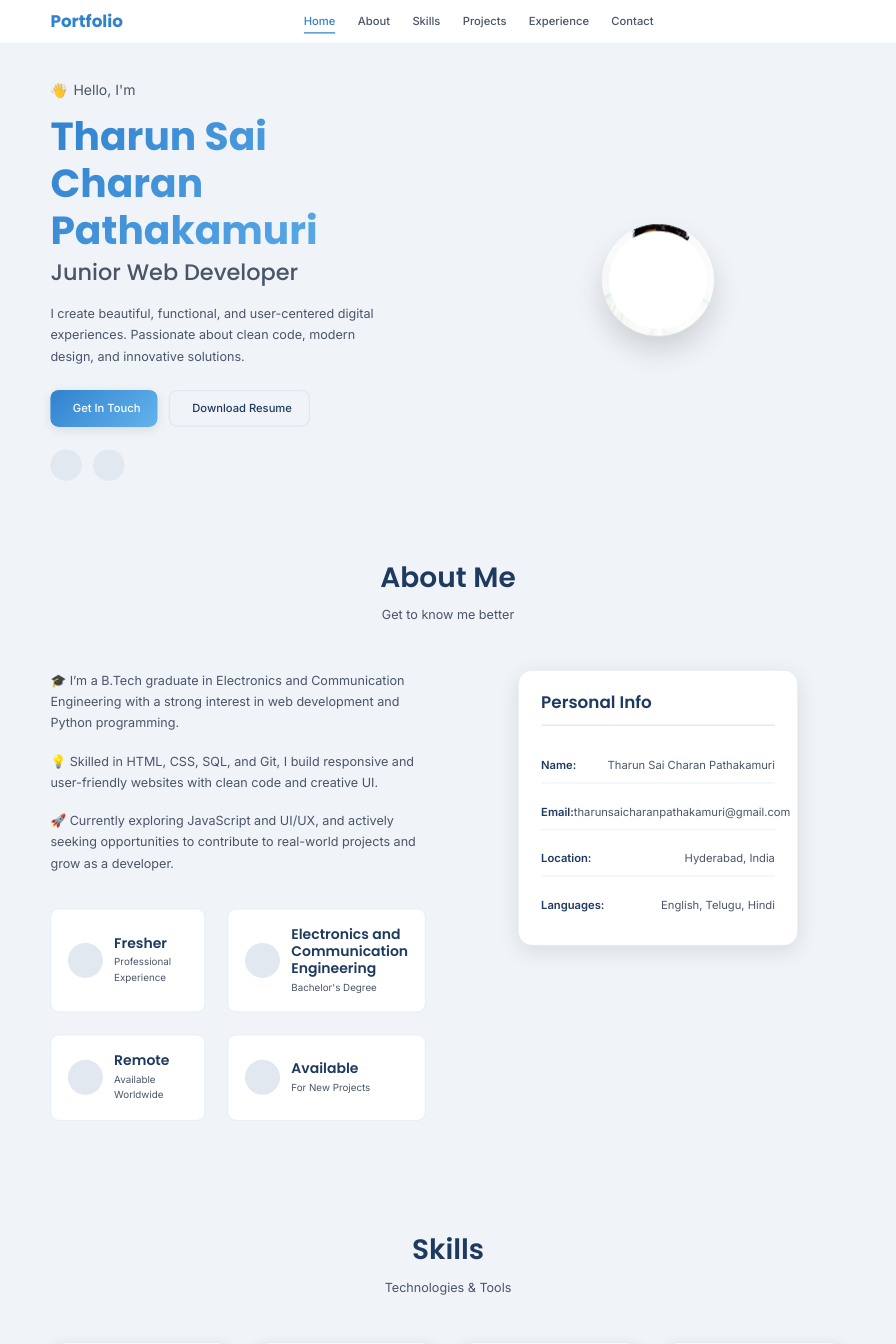
Repository: TharunPathakamuri/Portfolio
Page: index.html
An editor plug-in stored every save of this project. The page is shown before and after the next save, followed by the edit.
The browser window is 1280 px wide. The pictures show the part of the page from y = 0 to 1920 px (the page is 4416 px tall), at 70% of full size.

Above is the page before, as saved 2025-07-04 23:47:52.

### index.html
<!DOCTYPE html>
<html lang="en">
  <head>
    <meta charset="UTF-8" />
    <meta name="viewport" content="width=device-width, initial-scale=1.0" />
    <title>Tharun Pathakamuri - Portfolio</title>
    <meta
      name="description"
      content="Personal Portfolio - Modern Web Developer"
    />

    <!-- Google Fonts -->
    <link rel="preconnect" href="https://fonts.googleapis.com" />
    <link rel="preconnect" href="https://fonts.gstatic.com" crossorigin />
    <link
      href="https://fonts.googleapis.com/css2?family=Inter:wght@300;400;500;600;700&family=Poppins:wght@300;400;500;600;700&display=swap"
      rel="stylesheet"
    />

    <!-- Lucide Icons -->
    <link
      rel="stylesheet"
      href="https://cdn.jsdelivr.net/npm/lucide-static@0.292.0/font/lucide.css"
    />

    <!-- Custom CSS -->
    <link rel="stylesheet" href="styles.css" />
    <link rel="shortcut icon" href="favicon.ico" type="image/x-icon" />
  </head>
  <body>
    <!-- Navigation -->
    <nav class="navbar" id="navbar">
      <div class="container">
        <div class="nav-content">
          <div class="nav-logo">
            <h3>Portfolio</h3>
          </div>

          <ul class="nav-menu" id="nav-menu">
            <li><a href="#home" class="nav-link">Home</a></li>
            <li><a href="#about" class="nav-link">About</a></li>
            <li><a href="#skills" class="nav-link">Skills</a></li>
            <li><a href="#projects" class="nav-link">Projects</a></li>
            <li><a href="#experience" class="nav-link">Experience</a></li>
            <li><a href="#contact" class="nav-link">Contact</a></li>
          </ul>

          <div class="nav-actions">
            <button
              class="theme-toggle"
              id="theme-toggle"
              aria-label="Toggle dark mode"
            >
              <i class="lucide lucide-moon"></i>
            </button>

            <button
              class="mobile-menu-toggle"
              id="mobile-menu-toggle"
              aria-label="Toggle mobile menu"
            >
              <i class="lucide lucide-menu"></i>
            </button>
          </div>
        </div>
      </div>
    </nav>

    <!-- Hero Section -->
    <section id="home" class="hero">
      <div class="container">
        <div class="hero-content">
          <div class="hero-text">
            <div class="hero-greeting">
              <span class="wave">👋</span> Hello, I'm
            </div>

            <h1 class="hero-title">
              <span class="name">Tharun Sai Charan Pathakamuri</span>
              <span class="title">Junior Web Developer</span>
            </h1>

            <p class="hero-description">
              I create beautiful, functional, and user-centered digital
              experiences. Passionate about clean code, modern design, and
              innovative solutions.
            </p>

            <div class="hero-actions">
              <button
                class="btn btn-primary"
                onclick="scrollToSection('contact')"
              >
                <i class="lucide lucide-mail"></i>
                Get In Touch
              </button>

              <a
                href="THARUN_PATHAKAMUR_RESUME.pdf"
                class="btn btn-secondary"
                download
              >
                <i class="lucide lucide-download"></i>
                Download Resume
              </a>
            </div>

            <div class="hero-social">
              <a
                href="https://github.com/TharunPathakamuri"
                target="_blank"
                rel="noopener noreferrer"
                class="social-link"
              >
                <i class="lucide lucide-github"></i>
              </a>
              <a
                href="https://www.linkedin.com/in/tharun-pathakamuri/"
                target="_blank"
                rel="noopener noreferrer"
                class="social-link"
              >
                <i class="lucide lucide-linkedin"></i>
              </a>
            </div>
          </div>

          <div class="hero-visual">
            <div class="hero-image">
              <div class="image-placeholder" style=" border-radius: 50%; width: 160px; height: 160px; background: #f3f3f3; display: flex; align-items: center; justify-content: center;">
                <img src="Tharun_Pathakamuri.jpg" alt="Tharun Pathakamuri" style="width: 100%; height: 100%; object-fit: cover; border-radius: 50%;" />
              </div>
            </div>
          </div>
        </div>
      </div>
    </section>

    <!-- About Section -->
    <section id="about" class="about section">
      <div class="container">
        <div class="section-header">
          <h2 class="section-title">About Me</h2>
          <p class="section-subtitle">Get to know me better</p>
        </div>

        <div class="about-content">
          <div class="about-text">
            <div class="about-description">
              <p>
                🎓 I’m a B.Tech graduate in Electronics and Communication
                Engineering with a strong interest in web development and Python
                programming.
              </p>

              <p>
                💡 Skilled in HTML, CSS, SQL, and Git, I build
                responsive and user-friendly websites with clean code and
                creative UI.
              </p>

              <p>
               🚀 Currently exploring JavaScript and UI/UX, and
                actively seeking opportunities to contribute to real-world
                projects and grow as a developer.
              </p>
            </div>

            <div class="about-highlights">
              <div class="highlight-item">
                <div class="highlight-icon">
                  <i class="lucide lucide-briefcase"></i>
                </div>
                <div class="highlight-content">
                  <h4 class="highlight-title">Fresher</h4>
                  <p class="highlight-description">Professional Experience</p>
                </div>
              </div>

              <div class="highlight-item">
                <div class="highlight-icon">
                  <i class="lucide lucide-graduation-cap"></i>
                </div>
                <div class="highlight-content">
                  <h4 class="highlight-title">Electronics and Communication
                Engineering</h4>
                  <p class="highlight-description">Bachelor's Degree</p>
                </div>
              </div>

              <div class="highlight-item">
                <div class="highlight-icon">
                  <i class="lucide lucide-map-pin"></i>
                </div>
                <div class="highlight-content">
                  <h4 class="highlight-title">Remote</h4>
                  <p class="highlight-description">Available Worldwide</p>
                </div>
              </div>

              <div class="highlight-item">
                <div class="highlight-icon">
                  <i class="lucide lucide-calendar"></i>
                </div>
                <div class="highlight-content">
                  <h4 class="highlight-title">Available</h4>
                  <p class="highlight-description">For New Projects</p>
                </div>
              </div>
            </div>
          </div>

          <div class="about-visual">
            <div class="about-card">
              <div class="card-header">
                <h3>Personal Info</h3>
              </div>

              <div class="info-list">
                <div class="info-item">
                  <span class="info-label">Name:</span>
                  <span class="info-value">Tharun Sai Charan Pathakamuri</span>
                </div>

                <div class="info-item">
                  <span class="info-label">Email:</span>
                  <span class="info-value">tharunsaicharanpathakamuri@gmail.com</span>
                </div>

                <div class="info-item">
                  <span class="info-label">Location:</span>
                  <span class="info-value">Hyderabad, India</span>
                </div>

                <div class="info-item">
                  <span class="info-label">Languages:</span>
                  <span class="info-value">English, Telugu, Hindi</span>
                </div>
              </div>
            </div>
          </div>
        </div>
      </div>
    </section>

    <!-- Skills Section -->
    <section id="skills" class="skills section">
      <div class="container">
        <div class="section-header">
          <h2 class="section-title">Skills</h2>
          <p class="section-subtitle">Technologies & Tools</p>
        </div>

        <div class="skills-grid">
          <div class="skill-card">
            <div class="skill-icon">
              <i class="lucide lucide-code"></i>
            </div>
            <div class="skill-name">HTML5</div>
          </div>

          <div class="skill-card">
            <div class="skill-icon">
              <i class="lucide lucide-palette"></i>
            </div>
            <div class="skill-name">CSS3</div>
          </div>

          <div class="skill-card">
            <div class="skill-icon">
              <i class="lucide lucide-file-code"></i>
            </div>
            <div class="skill-name">JavaScript</div>
          </div>

          <div class="skill-card">
            <div class="skill-icon">
              <i class="lucide lucide-zap"></i>
            </div>
            <div class="skill-name">React</div>
          </div>


          <div class="skill-card">
            <div class="skill-icon">
              <i class="lucide lucide-database"></i>
            </div>
            <div class="skill-name">SQL</div>
          </div>

          <div class="skill-card">
            <div class="skill-icon">
              <i class="lucide lucide-git-branch"></i>
            </div>
            <div class="skill-name">Git</div>
          </div>
          </div>
          </div>
    </section>

    <!-- Projects Section -->
    <section id="projects" class="projects section">
      <div class="container">
        <div class="section-header">
          <h2 class="section-title">Projects</h2>
          <p class="section-subtitle">Selected Work</p>
        </div>

        <div class="projects-grid">
          <div class="project-card">
            <div class="project-image">
              <img src="https://images.unsplash.com/photo-1461749280684-dccba630e2f6?auto=format&fit=crop&w=400&q=80" alt="Modern Portfolio - Professional workspace with laptop" style="object-fit:cover;width:100%;height:220px;border-radius:12px;" />
            </div>
            <div class="project-content">
              <h3 class="project-title">Modern Portfolio</h3>
              <p class="project-description">
                A sleek, responsive portfolio website built with React and
                modern CSS.
              </p>
              <div class="project-tech">
                <span class="tech-icon"><i class="lucide lucide-zap"></i></span>
                <span class="tech-icon"
                  ><i class="lucide lucide-image"></i
                ></span>
              </div>
              <div class="project-links">
                <a
                  href="https://github.com"
                  target="_blank"
                  rel="noopener noreferrer"
                  class="project-link"
                >
                  <i class="lucide lucide-github"></i>
                </a>
                <a
                  href="#"
                  target="_blank"
                  rel="noopener noreferrer"
                  class="project-link"
                >
                  <i class="lucide lucide-external-link"></i>
                </a>
              </div>
            </div>
          </div>

          <div class="project-card">
            <div class="project-image">
              <img src="https://images.unsplash.com/photo-1519389950473-47ba0277781c?auto=format&fit=crop&w=400&q=80" alt="Task Manager App - Organized desk with productivity tools" style="object-fit:cover;width:100%;height:220px;border-radius:12px;" />
            </div>
            <div class="project-content">
              <h3 class="project-title">Task Manager App</h3>
              <p class="project-description">
                A productivity app for managing daily tasks, with real-time
                sync.
              </p>
              <div class="project-tech">
                <span class="tech-icon"><i class="lucide lucide-zap"></i></span>
                <span class="tech-icon"
                  ><i class="lucide lucide-server"></i
                ></span>
                <span class="tech-icon"
                  ><i class="lucide lucide-database"></i
                ></span>
              </div>
              <div class="project-links">
                <a
                  href="https://github.com"
                  target="_blank"
                  rel="noopener noreferrer"
                  class="project-link"
                >
                  <i class="lucide lucide-github"></i>
                </a>
                <a
                  href="#"
                  target="_blank"
                  rel="noopener noreferrer"
                  class="project-link"
                >
                  <i class="lucide lucide-external-link"></i>
                </a>
              </div>
            </div>
          </div>

          <div class="project-card">
            <div class="project-image">
              <img src="https://images.unsplash.com/photo-1506744038136-46273834b3fb?auto=format&fit=crop&w=400&q=80" alt="Design System - UI design sketches and color swatches" style="object-fit:cover;width:100%;height:220px;border-radius:12px;" />
            </div>
            <div class="project-content">
              <h3 class="project-title">Design System</h3>
              <p class="project-description">
                Reusable UI components and design tokens for rapid prototyping.
              </p>
              <div class="project-tech">
                <span class="tech-icon"
                  ><i class="lucide lucide-image"></i
                ></span>
                <span class="tech-icon"><i class="lucide lucide-zap"></i></span>
              </div>
              <div class="project-links">
                <a
                  href="https://github.com"
                  target="_blank"
                  rel="noopener noreferrer"
                  class="project-link"
                >
                  <i class="lucide lucide-github"></i>
                </a>
                <a
                  href="#"
                  target="_blank"
                  rel="noopener noreferrer"
                  class="project-link"
                >
                  <i class="lucide lucide-external-link"></i>
                </a>
              </div>
            </div>
          </div>
        </div>
      </div>
    </section>

    <!-- Soft Skills Section -->
    <section id="softskills" class="softskills section">
      <div class="container">
        <div class="section-header">
          <h2 class="section-title">Soft Skills</h2>
          <p class="section-subtitle">Personal & Professional Qualities</p>
        </div>
        <div class="softskills-grid" style="display: flex; flex-wrap: wrap; justify-content: center; gap: 2rem; margin-top: 2rem;">
          <div class="softskill-card" style="flex: 1 1 220px; max-width: 260px; min-width: 200px; background: #fff; border-radius: 12px; box-shadow: 0 2px 8px rgba(0,0,0,0.06); padding: 2rem 1.2rem; text-align: center; display: flex; flex-direction: column; align-items: center;">
            <div class="softskill-icon" style="font-size:2.2rem; color:#6c63ff; margin-bottom:0.7rem;"><i class="lucide lucide-lightbulb"></i></div>
            <div class="softskill-name" style="font-weight:600; font-size:1.1rem; margin-bottom:0.4rem;">Problem Solving</div>
            <div class="softskill-desc" style="font-size:0.98rem; color:#555;">Approaches challenges with creativity and analytical thinking.</div>
          </div>
          <div class="softskill-card" style="flex: 1 1 220px; max-width: 260px; min-width: 200px; background: #fff; border-radius: 12px; box-shadow: 0 2px 8px rgba(0,0,0,0.06); padding: 2rem 1.2rem; text-align: center; display: flex; flex-direction: column; align-items: center;">
            <div class="softskill-icon" style="font-size:2.2rem; color:#6c63ff; margin-bottom:0.7rem;"><i class="lucide lucide-users"></i></div>
            <div class="softskill-name" style="font-weight:600; font-size:1.1rem; margin-bottom:0.4rem;">Collaboration</div>
            <div class="softskill-desc" style="font-size:0.98rem; color:#555;">Works effectively with others to achieve shared goals.</div>
          </div>
          <div class="softskill-card" style="flex: 1 1 220px; max-width: 260px; min-width: 200px; background: #fff; border-radius: 12px; box-shadow: 0 2px 8px rgba(0,0,0,0.06); padding: 2rem 1.2rem; text-align: center; display: flex; flex-direction: column; align-items: center;">
            <div class="softskill-icon" style="font-size:2.2rem; color:#6c63ff; margin-bottom:0.7rem;"><i class="lucide lucide-message-circle"></i></div>
            <div class="softskill-name" style="font-weight:600; font-size:1.1rem; margin-bottom:0.4rem;">Communication</div>
            <div class="softskill-desc" style="font-size:0.98rem; color:#555;">Clear and concise in both written and verbal communication.</div>
          </div>
          <div class="softskill-card" style="flex: 1 1 220px; max-width: 260px; min-width: 200px; background: #fff; border-radius: 12px; box-shadow: 0 2px 8px rgba(0,0,0,0.06); padding: 2rem 1.2rem; text-align: center; display: flex; flex-direction: column; align-items: center;">
            <div class="softskill-icon" style="font-size:2.2rem; color:#6c63ff; margin-bottom:0.7rem;"><i class="lucide lucide-smile"></i></div>
            <div class="softskill-name" style="font-weight:600; font-size:1.1rem; margin-bottom:0.4rem;">Adaptability</div>
            <div class="softskill-desc" style="font-size:0.98rem; color:#555;">Quickly adapts to new environments and technologies.</div>
          </div>
        </div>
      </div>
    </section>

    <!-- Contact Section -->
    <section id="contact" class="contact section">
      <div class="container">
        <div class="section-header">
          <h2 class="section-title">Contact</h2>
          <p class="section-subtitle">Let's connect</p>
        </div>

        <div class="contact-content">
          <div class="contact-info">
            <div class="contact-item">
              <i class="lucide lucide-mail"></i>
              <span>tharunsaicharanpathakamuri@gmail.com</span>
            </div>
            <div class="contact-item">
              <i class="lucide lucide-map-pin"></i>
              <span>Hyderabad, India</span>
            </div>
            <div class="contact-item" style="display: flex; align-items: center; gap: 0.5rem;">
              <a
                href="https://github.com"
                target="_blank"
                rel="noopener noreferrer"
                class="social-link"
                style="display: flex; align-items: center; gap: 0.3rem;"
                aria-label="GitHub"
              >
                <svg xmlns="http://www.w3.org/2000/svg" width="22" height="22" viewBox="0 0 24 24" fill="none" stroke="#6c63ff" stroke-width="2" stroke-linecap="round" stroke-linejoin="round"><path d="M9 19c-5 1.5-5-2.5-7-3m14 6v-3.87a3.37 3.37 0 0 0-.94-2.61c3.14-.35 6.44-1.54 6.44-7A5.44 5.44 0 0 0 20 4.77 5.07 5.07 0 0 0 19.91 1S18.73.65 16 2.48a13.38 13.38 0 0 0-7 0C6.27.65 5.09 1 5.09 1A5.07 5.07 0 0 0 5 4.77a5.44 5.44 0 0 0-1.5 3.78c0 5.42 3.3 6.61 6.44 7A3.37 3.37 0 0 0 9 21.13V25"/></svg>
                <span>GitHub</span>
              </a>
            </div>
            <div class="contact-item" style="display: flex; align-items: center; gap: 0.5rem;">
              <a
                href="https://linkedin.com"
                target="_blank"
                rel="noopener noreferrer"
                class="social-link"
                style="display: flex; align-items: center; gap: 0.3rem;"
                aria-label="LinkedIn"
              >
                <svg xmlns="http://www.w3.org/2000/svg" width="22" height="22" viewBox="0 0 24 24" fill="none" stroke="#6c63ff" stroke-width="2" stroke-linecap="round" stroke-linejoin="round"><rect x="2" y="9" width="4" height="12"/><circle cx="4" cy="4" r="2"/><rect x="8" y="9" width="8" height="12"/><path d="M16 9v-2a4 4 0 0 1 8 0v2"/></svg>
                <span>LinkedIn</span>
              </a>
            </div>
          </div>

          <form class="contact-form" id="contact-form">
            <div class="form-group">
              <label for="name">Name</label>
              <input id="name" type="text" required />
              <span class="form-error" id="name-error"></span>
            </div>

            <div class="form-group">
              <label for="email">Email</label>
              <input id="email" type="email" required />
              <span class="form-error" id="email-error"></span>
            </div>

            <div class="form-group">
              <label for="message">Message</label>
              <textarea id="message" rows="4" required></textarea>
              <span class="form-error" id="message-error"></span>
            </div>

            <button type="submit" class="btn btn-primary">Send Message</button>
            <div class="form-success" id="form-success"></div>
          </form>
        </div>
      </div>
    </section>

    <!-- Footer -->
    <footer class="footer">
      <div class="container">
        <div class="footer-content">
          <span
            >&copy; <span id="current-year"></span> John Doe. All rights
            reserved.</span
          >
          <button
            class="footer-top"
            onclick="scrollToTop()"
            aria-label="Back to top"
          >
            <i class="lucide lucide-arrow-up"></i>
          </button>
        </div>
      </div>
    </footer>

    <!-- Custom JavaScript -->
    <script src="script.js"></script>
  </body>
</html>

Loaded but not shown: script.js (335 lines, source omitted); styles.css (1099 lines, source omitted)

After the next save:
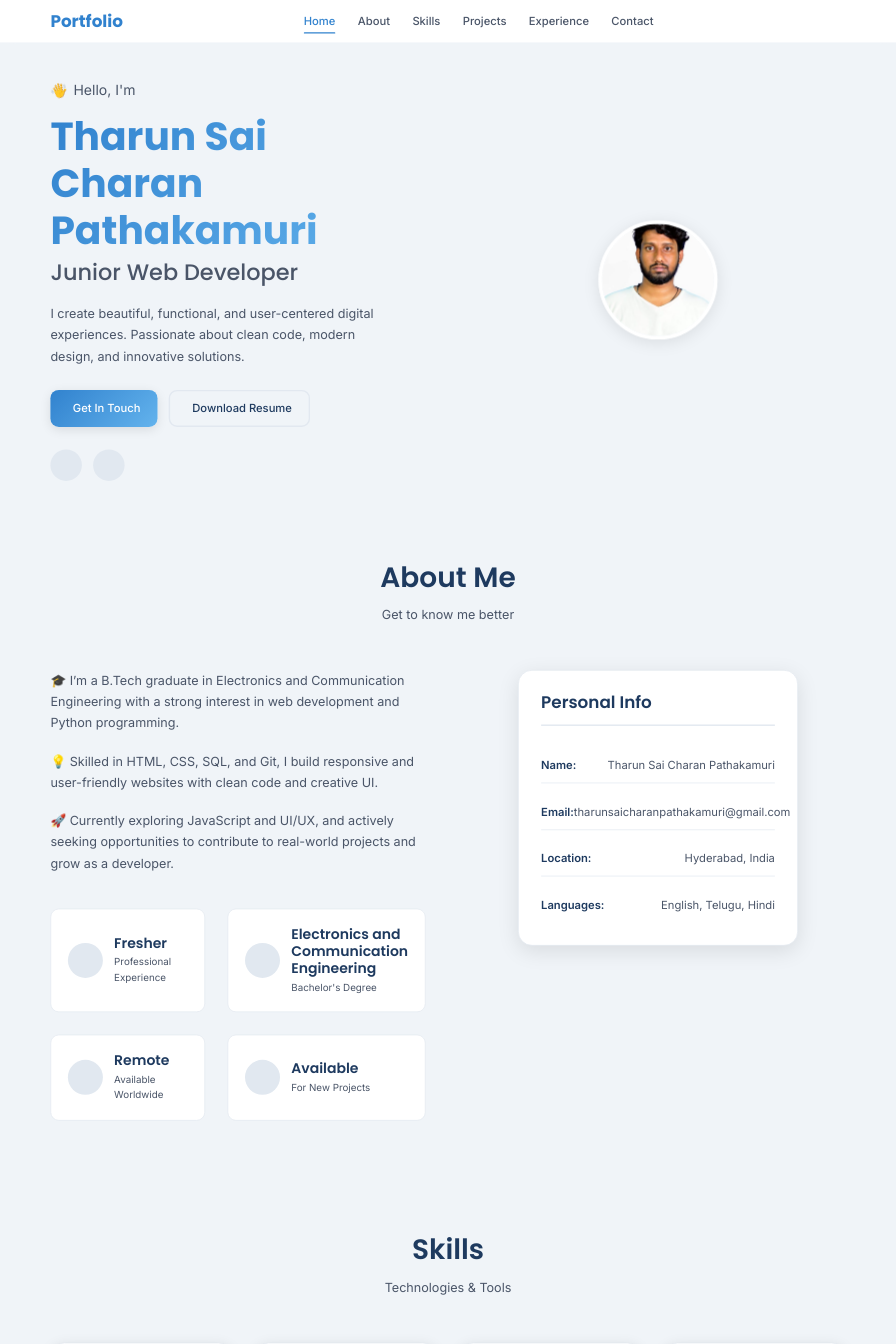
Saved 81 s later.
--- a/index.html
+++ b/index.html
@@ -126,10 +126,8 @@
           </div>
 
           <div class="hero-visual">
-            <div class="hero-image">
-              <div class="image-placeholder" style=" border-radius: 50%; width: 160px; height: 160px; background: #f3f3f3; display: flex; align-items: center; justify-content: center;">
-                <img src="Tharun_Pathakamuri.jpg" alt="Tharun Pathakamuri" style="width: 100%; height: 100%; object-fit: cover; border-radius: 50%;" />
-              </div>
+            <div class="hero-image" style="display: flex; align-items: center; justify-content: center;">
+              <img src="Tharun_Pathakamuri.jpg" alt="Tharun Pathakamuri" style="width: 170px; height: 170px; object-fit: cover; border-radius: 50%; border: 5px solid #fff; box-shadow: 0 4px 24px rgba(0,0,0,0.10); background: none; display: block;" />
             </div>
           </div>
         </div>
